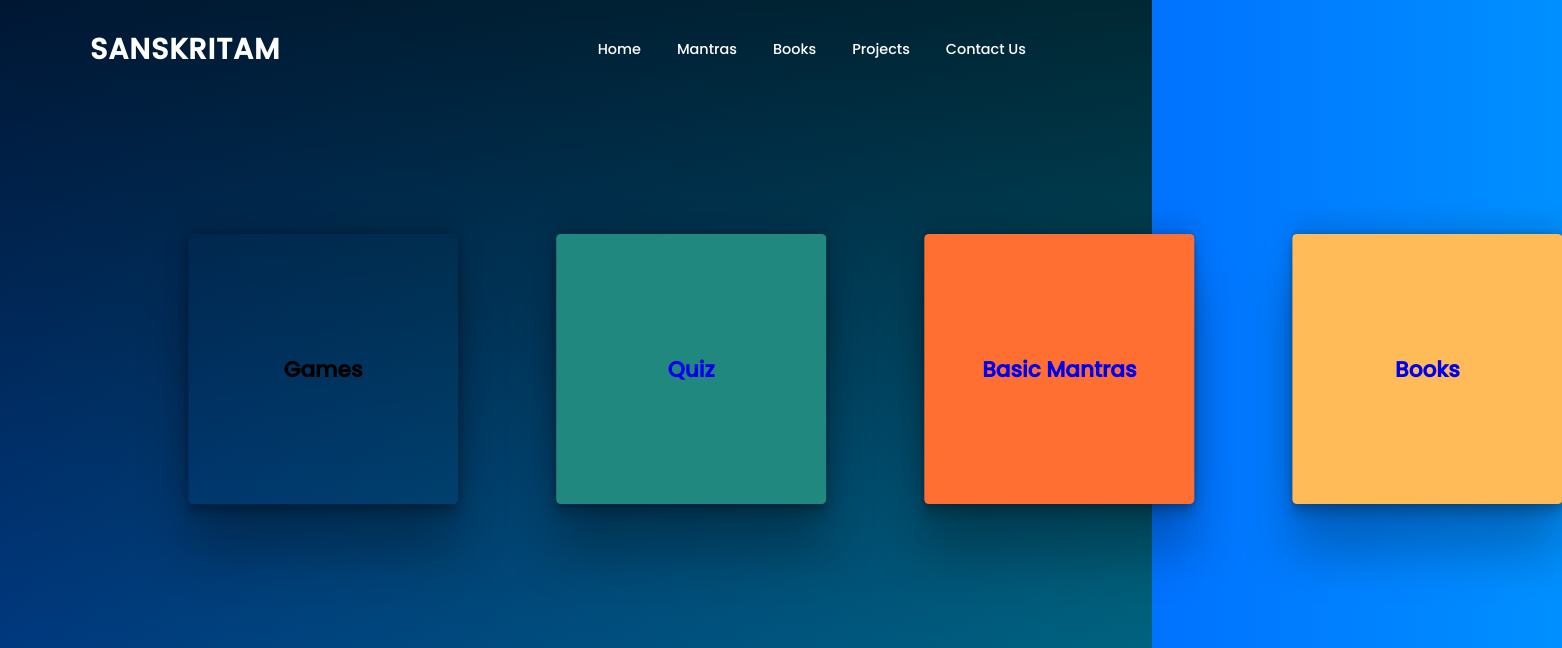
Repository: ritikalohia/Sanskritam
Page: index.html
The author's editor kept a copy of each file at every save. The page is drawn from the files as they stood at one save, then again after a run of saves.
The browser window is 1280 px wide. The page is 1736 px wide, so the pictures cover 1736 px, including what lies to the right of the window. The pictures show the whole page, at 90% of full size.

Above is the page before, as saved 2021-01-04 16:34:33.

### index.html
<!DOCTYPE html>
<html lang="en">
<head>
    <meta charset="UTF-8">
    <meta name="viewport" content="width=device-width, initial-scale=1.0">
    <link rel="stylesheet" href="style.css">
    <link href="https://fonts.googleapis.com/css2?family=Poppins:wght@500&display=swap" rel="stylesheet">
    <title>Sanskritam</title>
</head>
<body>
    <section>
        <header>
            <a href="#" class="logo">Sanskritam</a>
            <div class="toggleMenu" onclick="toggleMenu();"></div>
            <ul class="navigation">
                <li><a href="/index.html" class="left">Home</a></li>
                <li><a href="/Mantra/mantra.html" class="left">Mantras</a></li>
                <li><a href="/Books/books.html" class="left">Books</a></li>
                <li><a href="/quiz.html" class="left">Projects</a></li>
                <li><a href="/contact_us/contact.html" class="left">Contact Us</a></li>

        </header>
        <div class="sanskrit">
            <div class="cards C1" data-hover="पाठ">
                <h1>Games</h1>
            </div>
            <div class="cards C2" data-hover="प्रश्नोत्तरी">
                <h1><a href="producthorn-sanskrit/quiz.html">Quiz</a></h1>
            </div>
            <div class="cards C3" data-hover="Mantra">
                <h1><a href="/Mantra/mantra.html">Basic Mantras</a></h1>
            </div>
            <div class="cards C4" data-hover="पुस्तक">
                <h1><a href="Books/books.html">Books</a></h1>
            </div>
        </div>

    </section>
    <script type="text/javascript">
        function toggleMenu(){
            const toggleMenu = document.querySelector('.toggleMenu');
            const navigation = document.querySelector('.navigation');
            toggleMenu.classList.toggle('active');
            navigation.classList.toggle('active');
        }
    </script>
</body>
</html>

### style.css
*{
    margin: 0;
    padding: 0;
    box-sizing: border-box;
    font-family: 'Poppins', sans-serif;
}


section{
    position: relative;
    width: 100%;
    min-height: 100vh;
    background: linear-gradient(rgba(0,0,0,.8), rgba(0,0,0,.5));
    background-size: cover;
    background-position: center;
    display: flex;
    justify-content: flex-start;
    align-items: center;
    padding: 100px;
}

header{
    position: absolute;
    top: 0;
    left: 0;
    width: 100%;
    padding: 30px 100px;
    display: flex;
    justify-content: space-between;
    align-items: center;
    cursor: pointer;
}

header .logo{
    position: relative;
    font-size: 2em;
    color: #fff;
    text-transform: uppercase;
    font-weight: 700;
    text-decoration: none;
    letter-spacing: 1px;
}

header .navigation{
    position: relative;
    display: flex;
}

header .navigation li{
    list-style: none;
}

header .navigation li a{
    display: inline-block;
    color: #fff;
    margin-right: 40px;
    text-decoration: none;

}

header .navigation li a:hover{
    color: #03a9f4;
}
a.left
{
    position: relative;
}

header .navigation li a.left:before {
  content: "";
  position: absolute;
  width: 0;
  height: 2px;
  bottom: 0;
  left: 0;
  background-color: #03a9f4;
  visibility: hidden;
  transition: all 0.3s ease-in-out;
}
header .navigation li a.left:hover:before {
    visibility: visible;
    width: 100%;
  }



@media (max-width: 991px)
{
    header{
        padding: 15px 40px;
    }
    section{
        padding: 40px;
        background: linear-gradient(rgba(0,0,0,.8), rgba(0,0,0,.5));
        background-size: cover;
        background-position: center;
    }

    header .navigation{
        position: fixed;
        top: 0;
        bottom: 0;
        left: 0;
        right: 0;
        background: #000;
        z-index: 10;
        display: none;
        justify-content: center;
        align-items: center;
        flex-direction: column;
    }

    header .navigation.active{
        display: flex;
    }
    header .navigation li a{
        font-size: 24px;
        margin: 10px 0;
    }
    .toggleMenu{
        position: relative;
        right: 10px;
        width: 30px;
        height: 30px;
        background: url(menu.png);
        background-position: center;
        background-size: 30px;
        background-repeat: no-repeat;
        cursor: pointer;
        z-index: 11;
    }

    .toggleMenu.active{
        background: url(close.png);
        background-position: center;
        background-size: 25px;
        background-repeat: no-repeat;
    }
}


.sanskrit {
    display: flex;
    align-items: center;
    justify-content: center;
    margin-top: 100px;

  }

  .sanskrit .cards{
    width: 300px;
    height: 300px;
    border-radius: 5px;
    /* margin: 20px; */
    margin-left: 109px;
    display: flex;
    align-items: center;
    justify-content: center;
    cursor: pointer;
    font-family: 'Open Sans', sans-serif;
    box-shadow: rgba(0, 0, 0, 0.25) 0px 54px 55px, rgba(0, 0, 0, 0.12) 0px -12px 30px, rgba(0, 0, 0, 0.12) 0px 4px 6px, rgba(0, 0, 0, 0.17) 0px 12px 13px, rgba(0, 0, 0, 0.09) 0px -3px 5px;
  }

  @media only screen and (max-width: 320px) {
  .sanskrit {
    flex-direction:column;
    margin-left: -30px;
   }

   .sanskrit .cards{
       margin-left: 0px;
   }

   header .logo{
       font-size: 1.5em;
   }
}

    .C2{
      background-color: #20887f;
    }

    /* .C2{
        background-color: #A73C11;
    } */

    .C3{
        background-color: #FF6F32;
    }

    .C4{
        background-color: #FFBB58;
    }

    /* .cards:hover{
      font-size: 0;
      box-shadow: rgba(0, 0, 0, 0.56) 0px 22px 70px 4px;
  } */

    /* .sanskrit .cards:hover:after{
        content: attr(data-hover);
        font-size: 30px;
    } */




    body{
        background: -webkit-linear-gradient(left, #0072ff, #00c6ff);
    }
    .contact-form{
        background: #fff;
        margin-top: 5%;
        width: 70%;
    }
    .contact-form .form-control{
        border-radius:1rem;
    }
    .contact-image{
        text-align: center;
    }
    .contact-image img{
        border-radius: 6rem;
        width: 11%;
        margin-top: -3%;
        transform: rotate(29deg);
    }
    .contact-form form{
        padding: 14%;
    }
    .contact-form form .row{
        margin-bottom: -7%;
    }
    .form-group{
        margin-top: 10px;
    }
    .contact-form h3{
        margin-bottom: 8%;
        margin-top: -10%;
        text-align: center;
        color: #0062cc;
    }
    .contact-form .btnContact {
        width: 50%;
        border: none;
        border-radius: 1rem;
        padding: 1.5%;
        background: #dc3545;
        font-weight: 600;
        color: #fff;
        cursor: pointer;
        margin-top: 8px;
    }
    .btnContactSubmit
    {
        width: 50%;
        border-radius: 1rem;
        padding: 1.5%;
        color: #fff;
        background-color: #0062cc;
        border: none;
        cursor: pointer;
    }



/* Quiz */
#Quiz{
    margin: 40px 20%;
}

.quiz-heading{
    background-color: #FFF0DE;
    box-shadow: 0px 0px 15px #000;
    border-radius: 15px;
    padding: 15px;
    margin-bottom: 20px;
    text-align: center;
}

.question{
    background-color: #FFF0DE;
    box-shadow: 0px 0px 15px #000;
    border-radius: 15px;
    padding: 15px;
    margin-bottom: 20px;
    font-size: 20px;
    font-weight: bold;
}

.question .row{
    margin-bottom: 13px;
}

.question img{
    width: 200px;
}

.question .question-no{
    text-align: center;
}

.options{
    display: flex;
    justify-content: space-around;
}

.options span{
    padding: 10px 15px;
    background-color: white;
    border-radius: 4px;
    transition: 0.5s;
}

.options input{
    display: none;
}

input[type="radio"]:checked+span{
    background-color: #FFBB58;
    box-shadow: 0px 0px 10px black;
}

.actions {
    margin-top: 20px;
}

.actions button{
    box-shadow: 0px 0px 5px black;
}

.actions .submit{
    display: none;
}

.actions .alert{
    color: white;
}





/* Mantras */

.image-grid-item{
    margin-top: 30px;

}

.image-grid-cover {
    width: 80%;
    background-size: cover;
    min-height: 150px;
    margin-left: 30px;
    position: relative;
    margin-bottom: 30px;
    text-shadow: rgba(0,0,0,.8) 0 1px 0;
    border-radius: 4px;
}
.image-grid-clickbox {
    position: absolute;
    top: 0;
    right: 0;
    bottom: 0;
    left: 0;
    display: block;
    width: 100%;
    height: 100%;
    z-index: 20;
    background: rgba(0,0,0,.45);
}
.cover-wrapper {
    font-size: 18px;
    text-align: center;
    display: block;
    color: #fff;
    text-shadow: rgba(0,0,0,.8) 0 1px 0;
    z-index: 21;
    position: relative;
    top: 50px;
}
a, a:focus, a:hover {
    text-decoration: none;
    outline: 0;
}

After the next 5 saves:
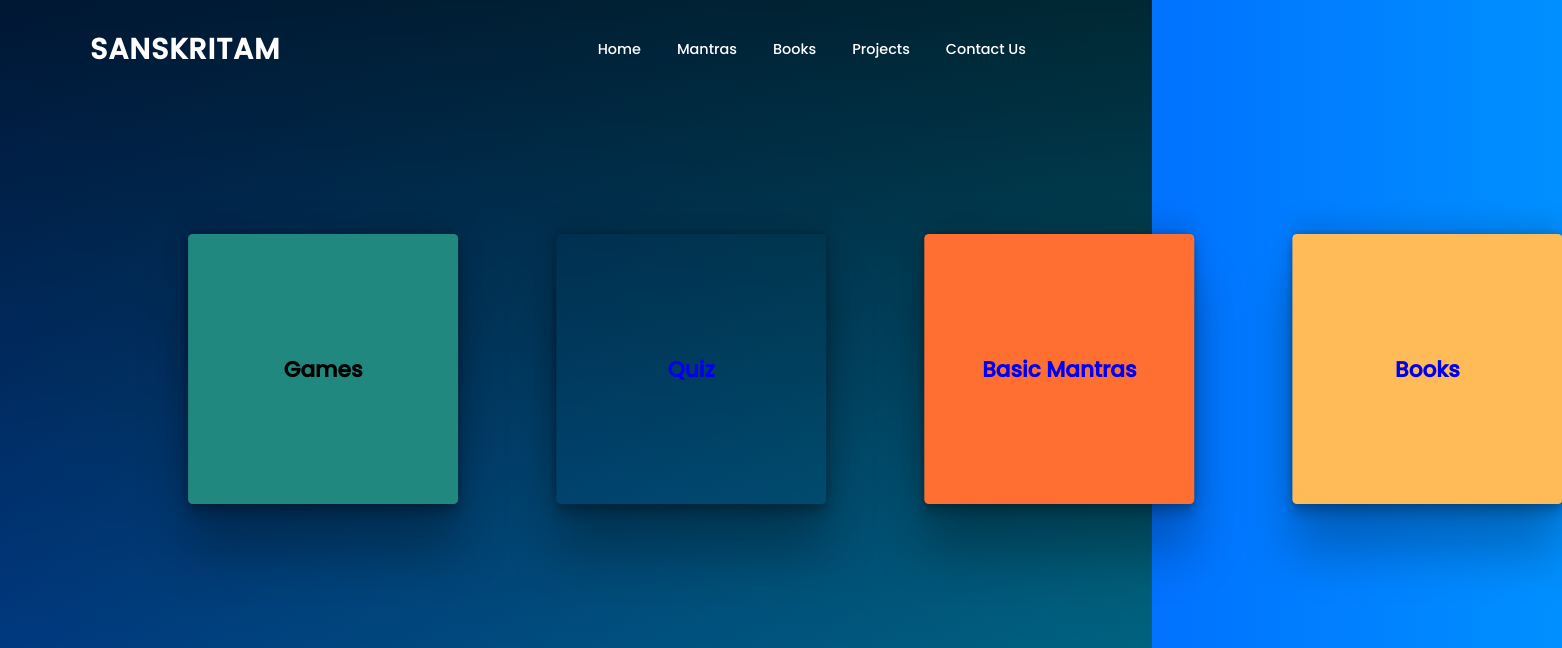
The 5 saves are shown as one change because they came seconds apart.
The last was saved 18 s later.
--- a/style.css
+++ b/style.css
@@ -176,7 +176,7 @@ header .navigation li a.left:hover:before {
    }
 }
 
-    .C2{
+    .C1{
       background-color: #20887f;
     }
 
